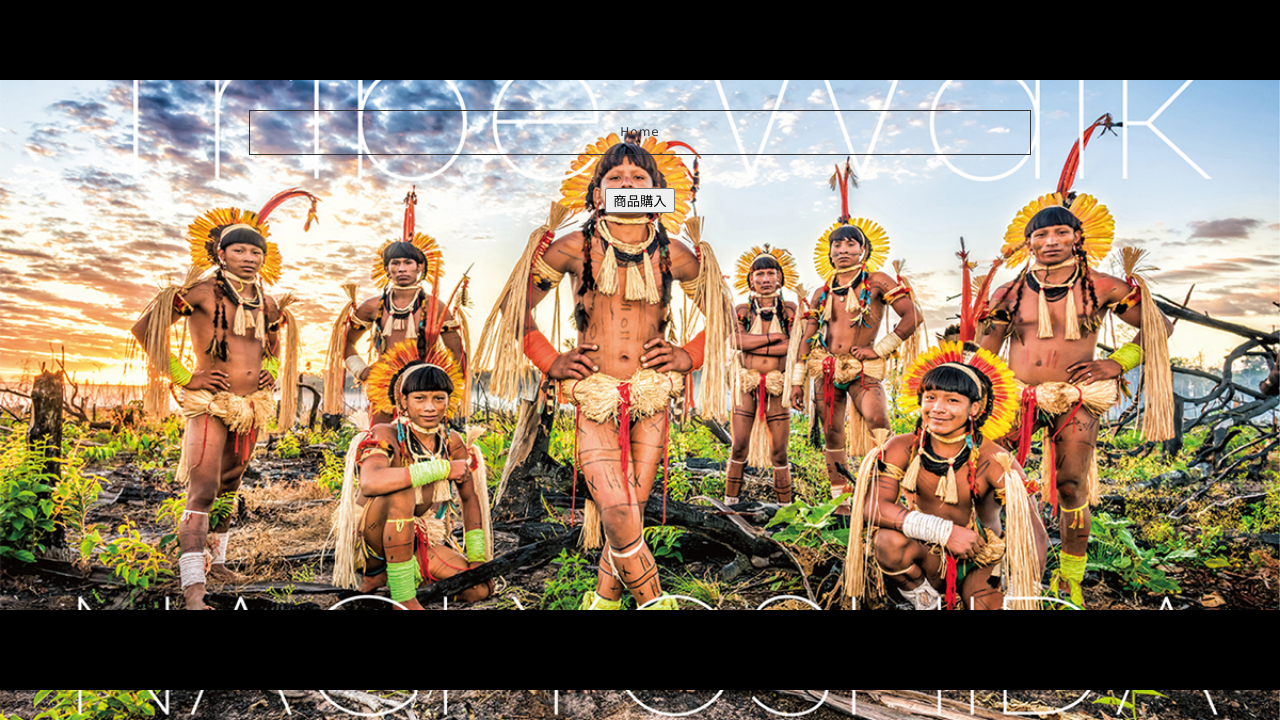
Repository: yanaiwataru/test
Page: http://localhost/ecsite/
An editor plug-in stored every save of this project. The page is shown before and after the next save, followed by the edit.
The browser window is 1280 px wide. The pictures show the whole page.
The page is served by Tomcat 9.

Above is the page before, as saved 2018-03-12 05:15:15.

After the next save:
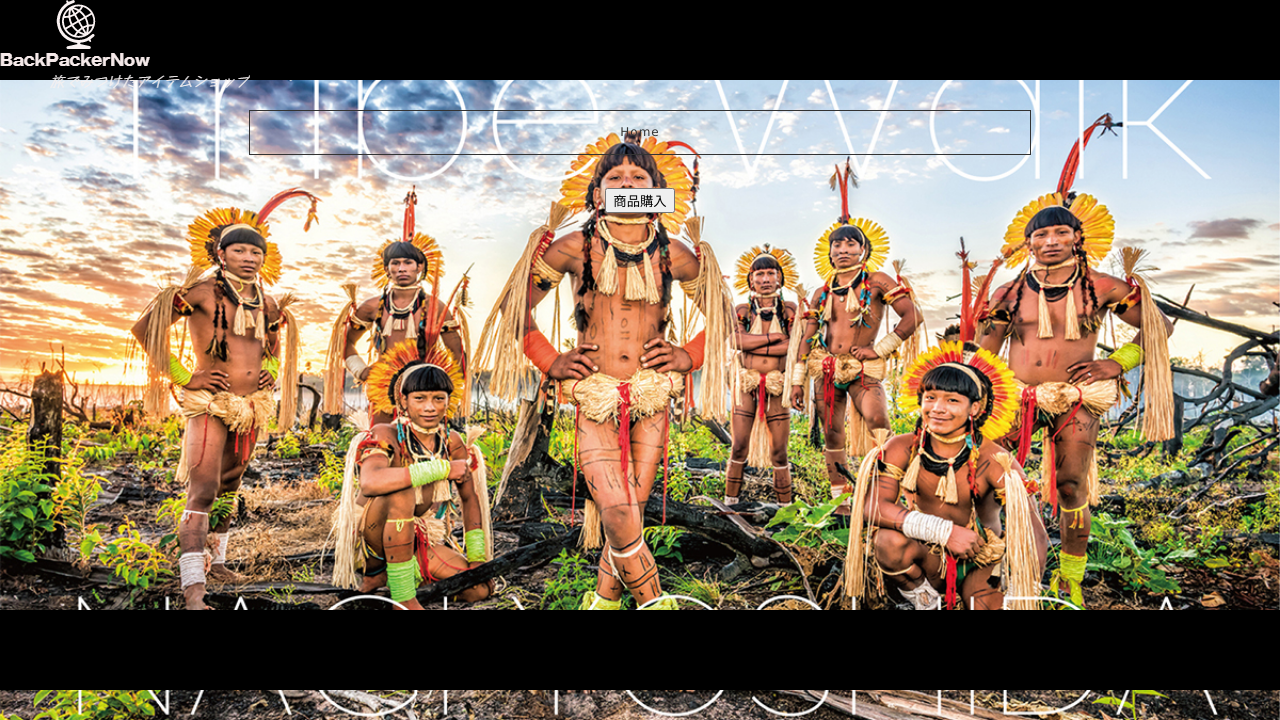
Saved 13 min 52 s later.
--- a/ecsite/WebContent/home.jsp
+++ b/ecsite/WebContent/home.jsp
@@ -28,7 +28,7 @@
 
 <div id="pr">
 
-<img class="logo" src=""../image/logo.png">
+<img class="logo" src="./image/logo.png">
 </div>
 
 </div>
